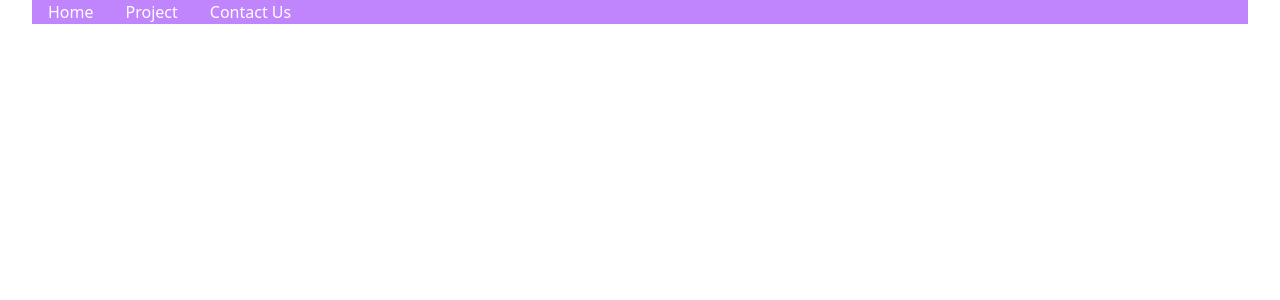
Repository: ashut6138/RozarpayClone
Page: Desktop/RozarpayClone/index.html
The author's editor kept a copy of each file at every save. The page is drawn from the files as they stood at one save, then again after the next save.
The browser window is 1280 px wide. The pictures show the whole page.
Some web libraries are served in a nearby version.

Above is the page before, as saved 2025-01-21 23:13:35.

### Desktop/RozarpayClone/index.html
<!DOCTYPE html>
<html lang="en">
<head>
    <meta charset="UTF-8">
    <meta name="viewport" content="width=device-width, initial-scale=1.0">
    <title>tailwind intro</title>
    <link rel="stylesheet" href="./main.css">
    <script src="https://cdn.tailwindcss.com"></script>
</head>
<body>
    <nav>
        <ul class="mx-8 bg-purple-400 flex">
            <li class="mx-4 text-white">Home</li>
            <li class="mx-4 text-white">Project</li>
            <li class="mx-4 text-white">Contact Us</li>
        </ul>
    </nav>

</body>
</html>

Loaded but not shown: Desktop/RozarpayClone/main.css (common file)

After the next save:
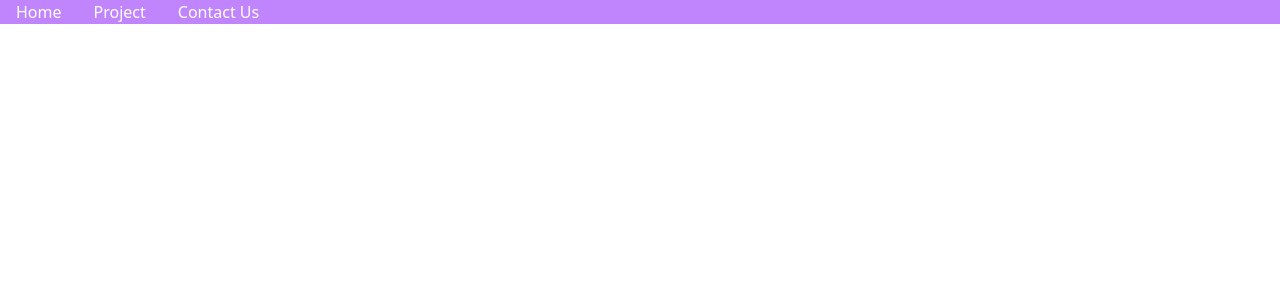
Saved 53 s later.
--- a/Desktop/RozarpayClone/index.html
+++ b/Desktop/RozarpayClone/index.html
@@ -9,7 +9,7 @@
 </head>
 <body>
     <nav>
-        <ul class="mx-8 bg-purple-400 flex">
+        <ul class=" bg-purple-400 flex">
             <li class="mx-4 text-white">Home</li>
             <li class="mx-4 text-white">Project</li>
             <li class="mx-4 text-white">Contact Us</li>
